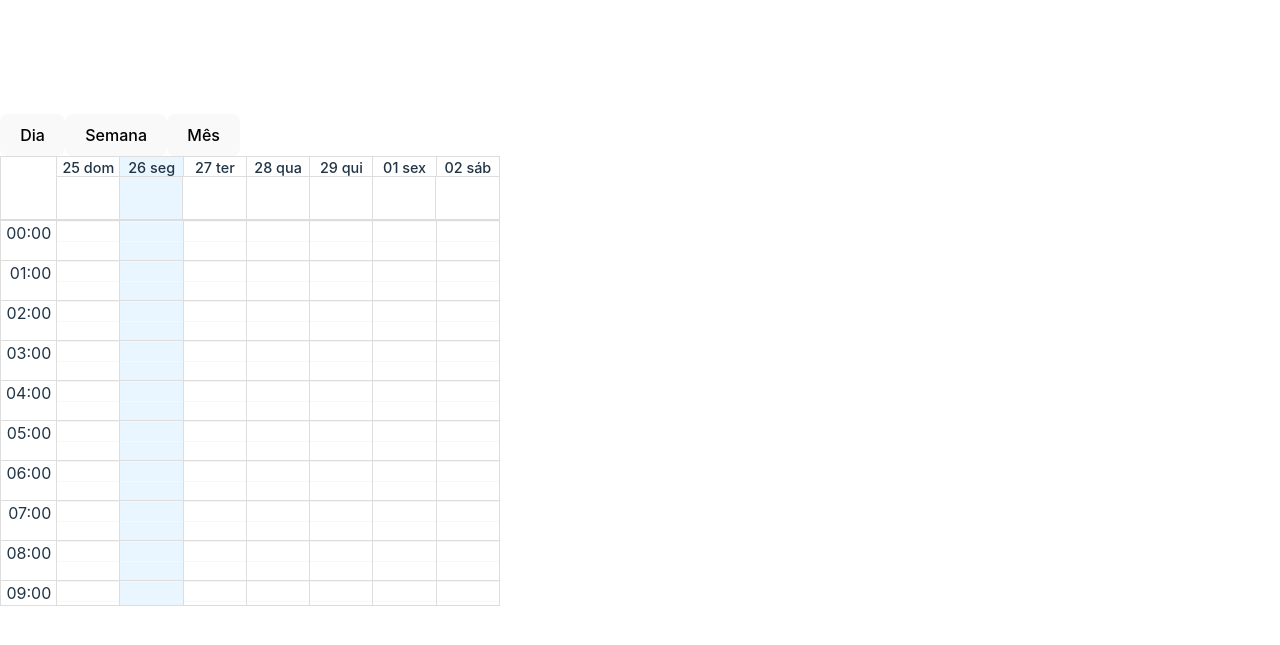
Repository: TamiBeira/meeting
Page: /
These files come from the project's save history. The page is drawn as it stood at one moment and after the next save; the edit follows.
The browser window is 1280 px wide. The pictures show the whole page.
An inner scrolling area shows only its first screen. The project was rebuilt for these pictures with package versions that can differ from the ones it lists, and the page was loaded fresh each time. Also part of the build but not shown: vite.config.ts.

Above is the page before, as saved 2024-02-26 10:39:10.

### index.html
<!doctype html>
<html lang="pt">
  <head>
    <meta charset="UTF-8" />
    <meta name="viewport" content="width=device-width, initial-scale=1.0" />
    <title>Meeting</title>
  </head>
  <body>
    <div id="root"></div>
    <script type="module" src="/src/main.tsx"></script>
  </body>
</html>

### src/app.tsx
import { Calendar } from "./components/Calendar"
import { Form } from "./components/Form"

export function App() {
  return(
    <main>
      <Calendar />
    </main>
  )
}

### src/components/Calendar.tsx
"use client";
import React, { useState } from 'react';
import { Calendar as CalendarBG, momentLocalizer } from 'react-big-calendar';
import moment from 'moment';
import 'moment/locale/pt-br';
import 'react-big-calendar/lib/css/react-big-calendar.css';

moment.locale('pt-br');

const localizer = momentLocalizer(moment);

const events = [
  {
    title: 'Café da manhã',
    start: new Date(2022, 0, 22, 6, 0), // 22 de janeiro de 2022, 6:00 AM
    end: new Date(2022, 0, 22, 7, 0), // 22 de janeiro de 2022, 7:00 AM
    location: 'Casa'
  },
  {
    title: 'Voo para Paris',
    start: new Date(2022, 0, 22, 7, 0), // 22 de janeiro de 2022, 7:00 AM
    end: new Date(2022, 0, 22, 7, 30), // 22 de janeiro de 2022, 7:30 AM
    location: 'Aeroporto Internacional John F. Kennedy'
  },
  {
    title: 'Passeio',
    start: new Date(2022, 0, 22, 11, 0), // 22 de janeiro de 2022, 11:00 AM
    end: new Date(2022, 0, 22, 12, 0), // 22 de janeiro de 2022, 12:00 PM
    location: 'Torre Eiffel'
  }
];

export const Calendar = () => {
  const [view, setView] = useState('week');

  const handleSelectEvent = (event) => {
    alert(`Detalhes do evento:\nTítulo: ${event.title}\nInício: ${event.start}\nFim: ${event.end}\nLocal: ${event.location}`);
  };

  return (
    <div className="flex flex-col items-center justify-center mt-8">
      <div className="flex space-x-4 mb-4">
        <button className="bg-blue-500 hover:bg-blue-700 text-white font-bold py-2 px-4 rounded" onClick={() => setView('day')}>Dia</button>
        <button className="bg-blue-500 hover:bg-blue-700 text-white font-bold py-2 px-4 rounded" onClick={() => setView('week')}>Semana</button>
        <button className="bg-blue-500 hover:bg-blue-700 text-white font-bold py-2 px-4 rounded" onClick={() => setView('month')}>Mês</button>
      </div>
      <CalendarBG
        localizer={localizer}
        events={events}
        startAccessor="start"
        endAccessor="end"
        style={{ width: 500, height: 450 }}
        views={['month', 'week', 'day']}
        view={view}
        components={{
          toolbar: () => null
        }}
        onPress={handleSelectEvent}
      />
    </div>
  );
};

### src/components/Form.tsx
import { useState } from "react";

export const Form = () =>{
    const [data, setData] = useState();
    const [hora, setHora] = useState();
    const [imagem, setImagem] = useState();
    const [title, setTitle] = useState();

    return(
        <main>
            <div>
                <input type="text" placeholder="Reunião" />
                <input type="date" name="" id="" />
                <input type="datetime" name="" id="" />
                <input type="file" name="" id="" />
            </div>
        </main>
    )
}

Loaded but not shown: src/main.tsx (common file); src/index.css (common file)

After the next save:
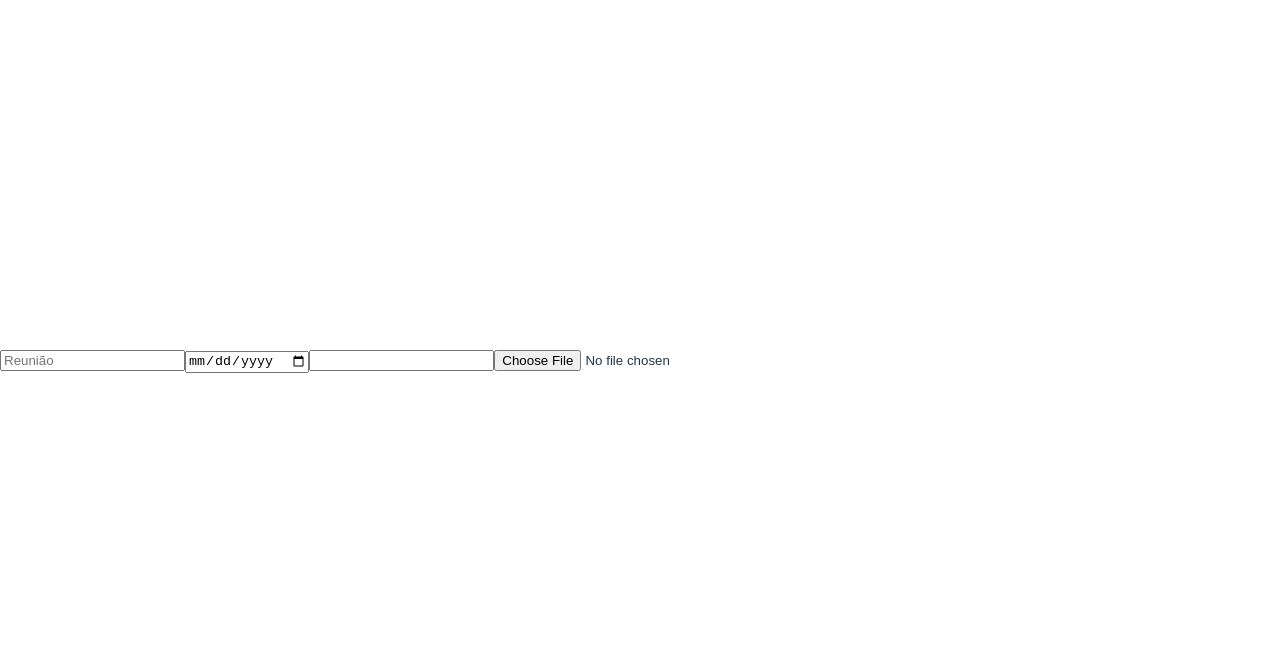
Saved 8 s later.
--- a/src/app.tsx
+++ b/src/app.tsx
@@ -4,7 +4,7 @@ import { Form } from "./components/Form"
 export function App() {
   return(
     <main>
-      <Calendar />
+      <Form />
     </main>
   )
 }
